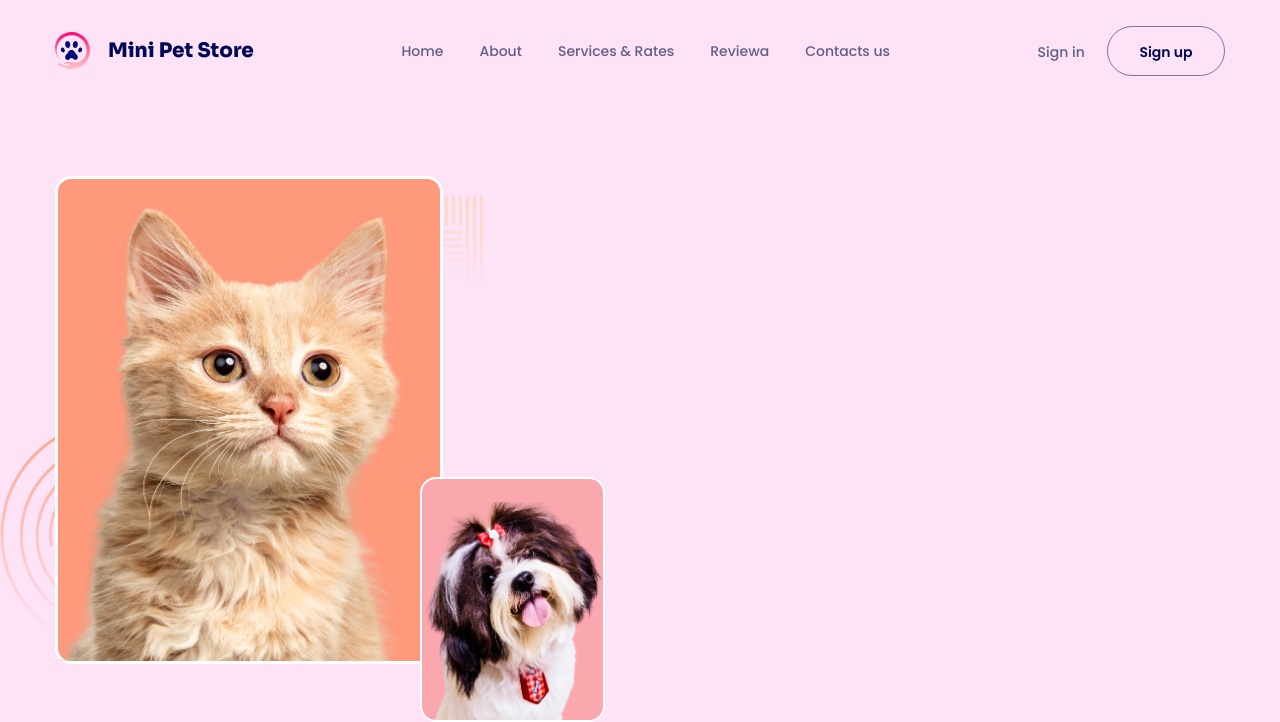
Repository: Tran-Dat/ASM-HTML5-F8-04
Page: index.html
An editor plug-in stored every save of this project. The page is shown before and after the next save, followed by the edit.
The browser window is 1280 px wide. The pictures show the whole page.

Above is the page before, as saved 2023-06-12 16:11:39.

### index.html
<!DOCTYPE html>
<html lang="en">
    <head>
        <meta charset="UTF-8" />
        <meta name="viewport" content="width=device-width, initial-scale=1.0" />
        <title>PS27621-TranTanDat-ASM</title>

        <!-- favicon -->
        <link
            rel="apple-touch-icon"
            sizes="57x57"
            href="./assets/favicon/apple-icon-57x57.png"
        />
        <link
            rel="apple-touch-icon"
            sizes="60x60"
            href="./assets/favicon/apple-icon-60x60.png"
        />
        <link
            rel="apple-touch-icon"
            sizes="72x72"
            href="./assets/favicon/apple-icon-72x72.png"
        />
        <link
            rel="apple-touch-icon"
            sizes="76x76"
            href="./assets/favicon/apple-icon-76x76.png"
        />
        <link
            rel="apple-touch-icon"
            sizes="114x114"
            href="./assets/favicon/apple-icon-114x114.png"
        />
        <link
            rel="apple-touch-icon"
            sizes="120x120"
            href="./assets/favicon/apple-icon-120x120.png"
        />
        <link
            rel="apple-touch-icon"
            sizes="144x144"
            href="./assets/favicon/apple-icon-144x144.png"
        />
        <link
            rel="apple-touch-icon"
            sizes="152x152"
            href="./assets/favicon/apple-icon-152x152.png"
        />
        <link
            rel="apple-touch-icon"
            sizes="180x180"
            href="./assets/favicon/apple-icon-180x180.png"
        />
        <link
            rel="icon"
            type="image/png"
            sizes="192x192"
            href="./assets/favicon/android-icon-192x192.png"
        />
        <link
            rel="icon"
            type="image/png"
            sizes="32x32"
            href="./assets/favicon/favicon-32x32.png"
        />
        <link
            rel="icon"
            type="image/png"
            sizes="96x96"
            href="./assets/favicon/favicon-96x96.png"
        />
        <link
            rel="icon"
            type="image/png"
            sizes="16x16"
            href="./assets/favicon/favicon-16x16.png"
        />
        <link rel="manifest" href="./assets/favicon/manifest.json" />
        <meta name="msapplication-TileColor" content="#ffffff" />
        <meta
            name="msapplication-TileImage"
            content="./assets/favicon/ms-icon-144x144.png"
        />
        <meta name="theme-color" content="#ffffff" />

        <!-- reset css -->
        <link rel="stylesheet" href="./assets/css/reset.css" />

        <!-- Font gg -->
        <link rel="preconnect" href="https://fonts.googleapis.com" />
        <link rel="preconnect" href="https://fonts.gstatic.com" crossorigin />
        <link
            href="https://fonts.googleapis.com/css2?family=Poppins:wght@300;400;500;600&family=Sora:wght@600;700;800&display=swap"
            rel="stylesheet"
        />

        <!-- styles css -->
        <link rel="stylesheet" href="./assets/css/styles.css" />
    </head>
    <body>
        <!-- Header -->
        <header class="header">
            <div class="container">
                <div class="header__inner">
                    <!-- Logo -->
                    <div class="header-logo">
                        <img src="./assets/img/logo.svg" alt="" class="logo" />
                        <h1 class="header-logo__title">
                            <a href="#!">Mini Pet Store</a>
                        </h1>
                    </div>

                    <!-- navbar -->
                    <nav class="navbar">
                        <ul class="navbar__list">
                            <li class="navbar__item">
                                <a href="#" class="navbar__link">Home</a>
                            </li>
                            <li class="navbar__item">
                                <a href="#" class="navbar__link">About</a>
                            </li>
                            <li class="navbar__item">
                                <a href="#" class="navbar__link"
                                    >Services & Rates</a
                                >
                            </li>
                            <li class="navbar__item">
                                <a href="#" class="navbar__link">Reviewa</a>
                            </li>
                            <li class="navbar__item">
                                <a href="#" class="navbar__link">Contacts us</a>
                            </li>
                        </ul>
                    </nav>

                    <!-- header action -->
                    <div class="header-action">
                        <a href="" class="header-action__link">Sign in</a>
                        <a href="" class="btn header-action__btn">Sign up</a>
                    </div>
                </div>
            </div>
        </header>

        <!-- Hero -->
        <section class="hero">
            <div class="container">
                <div class="hero__inner">
                    <!-- hero media -->
                    <div class="hero__media">
                        <!-- pet-01 -->
                        <div class="hero__img-wrap">
                            <img
                                src="./assets/img/pet-01.png"
                                alt=""
                                class="hero__img"
                            />

                            <!-- Decorators -->
                            <img
                                src="./assets/img/decor-01.svg"
                                alt=""
                                class="hero__decor hero__decor-left"
                            />
                            <img
                                src="./assets/img/decor-02.svg"
                                alt=""
                                class="hero__decor hero__decor-right"
                            />
                        </div>

                        <!-- Pet-02 -->
                        <div class="hero__img-wrap hero__img-wrap-small">
                            <img
                                src="./assets/img/pet-02.png"
                                alt=""
                                class="hero__img hero__img-small"
                            />
                        </div>
                    </div>

                    <!-- hero content -->
                    <section class="hero__content"></section>
                </div>
            </div>
        </section>
    </body>
</html>

### assets/css/styles.css
* {
    box-sizing: border-box;
}

html {
    font-size: 62.5%;
}

body {
    font-size: 1.6rem;
    font-family: "Poppins", sans-serif;
    background: #fee2f6;
}

/* ============================ common ============================ */

a {
    text-decoration: none;
}

h1,
h2,
h3,
h4,
h5,
h6 {
    font-family: "Sora", sans-serif;
}

input,
textarea,
select,
button {
    font-size: inherit;
    font-family: inherit;
}

.container {
    width: 1170px;
    max-width: calc(100% - 48px);
    margin: 0 auto;
}

.btn {
    --height: 56px;

    display: inline-block;
    min-width: 130px;
    height: var(--height);
    line-height: var(--height);
    border: 1px solid #00095880;
    border-radius: 99px;

    font-weight: 600;
    font-size: 1.4rem;

    text-align: center;
    color: #000958;
}

.btn:hover {
    opacity: 0.9;
}

/* =============== Header =============== */

.header {
    padding: 26px 0;
}

.header__inner {
    display: flex;
    align-items: center;
    justify-content: space-between;
}

.header-logo {
    display: flex;
    align-items: center;
}

.header-logo__title a {
    padding: 8px 18px;
    font-weight: 800;
    font-size: 20px;
    color: #000958;
}

.navbar__list {
    display: flex;
}

.navbar__link,
.header-action__link {
    padding: 8px 18px;
    font-weight: 500;
    font-size: 1.4rem;
    line-height: 1;
    color: #5e6085;
}

.navbar__link:hover {
    color: #000958;
    text-shadow: 1px 0 0 currentColor;
}

.header-action__btn {
    --height: 50px;

    min-width: 118px;
}

/* =============== Hero =============== */
.hero {
    margin-top: 74px;
}

.hero__inner {
    display: flex;
    align-items: center;
    justify-content: space-between;
}

.hero__media {
    display: flex;
}

.hero__img-wrap {
    position: relative;
    display: flex;
    align-items: flex-end;
    justify-content: center;
    width: 388px;
    height: 488px;
    background: #fe997b;
    border-radius: 16px;
    border: 3px solid #fff;
}

.hero__img {
    max-width: 100%;
    max-height: 100%;
}

.hero__decor {
    z-index: -1;
    position: absolute;
}

.hero__decor-left {
    left: -58px;
    bottom: 10px;
}

.hero__decor-right {
    top: 16px;
    right: -43px;
}

.hero__img-wrap-small {
    align-self: flex-end;
    margin: 0 0 -58px -23px;
    width: 185px;
    height: 245px;
    background: #faa7ad;
    border-radius: 16px;
    border: 2px solid #fff;
}

.hero__img-small {
}

Loaded but not shown: assets/css/reset.css (common file)

After the next save:
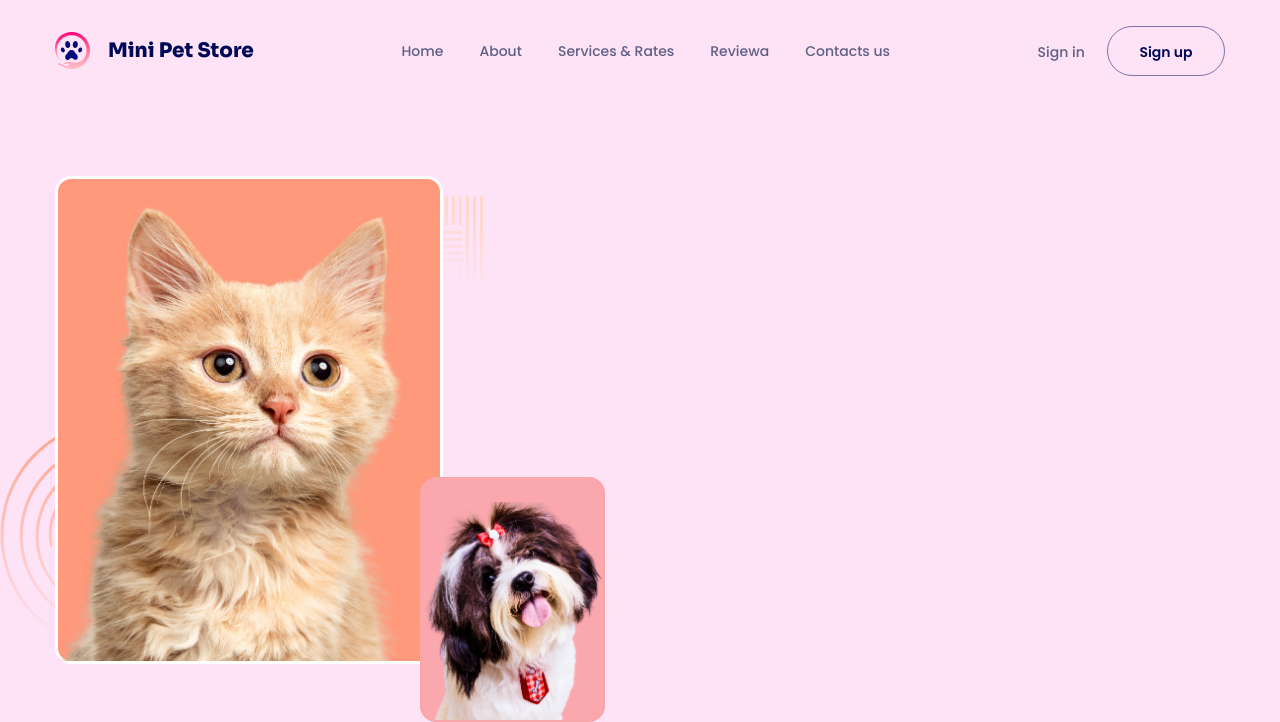
Saved 44 s later.
--- a/assets/css/styles.css
+++ b/assets/css/styles.css
@@ -164,7 +164,7 @@
     height: 245px;
     background: #faa7ad;
     border-radius: 16px;
-    border: 2px solid #fff;
+    border: 2px solid #faa7acaa;
 }
 
 .hero__img-small {
